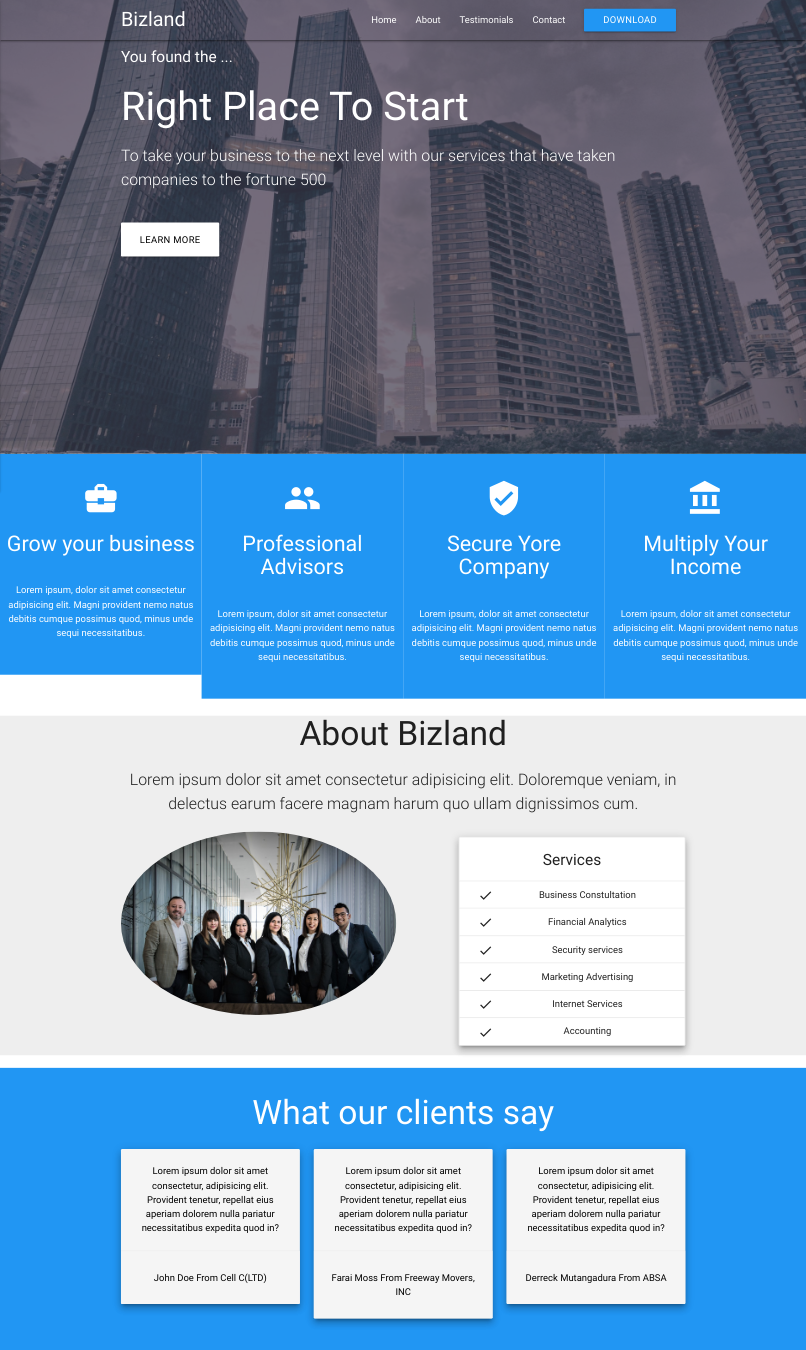
Repository: farrdy/bizland
Page: index.html
The author's editor kept a copy of each file at every save. The page is drawn from the files as they stood at one save, then again after the next save.
The browser window is 1280 px wide. The pictures show the whole page, at 63% of full size.
Some web libraries are served in a nearby version.

Above is the page before, as saved 2020-01-05 14:08:43.

### index.html
<!DOCTYPE html>
<html>
  <head>
    <!--Import Google Icon Font-->
    <link
      href="https://fonts.googleapis.com/icon?family=Material+Icons"
      rel="stylesheet"
    />
    <!--Import materialize.css-->
    <link
      type="text/css"
      rel="stylesheet"
      href="css/materialize.min.css"
      media="screen,projection"
    />
    <link type="text/css" rel="stylesheet" href="css/main.css" />
    <!--Let browser know website is optimized for mobile-->
    <meta name="viewport" content="width=device-width, initial-scale=1.0" />
    <title>Bizland Theme</title>
  </head>

  <body>
    <header class="main-header">
      <div class="primary-overlay">
        <div class="navbar-fixed">
          <nav class="transparent">
            <div class="container">
              <div class="nav-wrapper">
                <a href="#home" class="brand-logo">Bizland</a>
                <a href="#" class="button-collapse" data-activates="mobile-nav">
                  <i class="material-icons">menu</i>
                </a>
                <ul class=" right hide-on-med-and-down">
                  <li>
                    <a href="#home">Home</a>
                  </li>
                  <li>
                    <a href="#about">About</a>
                  </li>
                  <li>
                    <a href="#testimonials">Testimonials</a>
                  </li>
                  <li>
                    <a href="#contact">Contact</a>
                  </li>
                  <li>
                    <a href="#" class="btn blue">Download</a>
                  </li>
                </ul>
              </div>
            </div>
          </nav>
        </div>
        <ul class="side-nav" id="mobile-nav">
          <h4 class="blue-grey darken-3  center">
            Bizland
          </h4>
          <li>
            <a href="#" class="devider"></a>
          </li>
          <li>
            <a href="#home">Home</a>
          </li>
          <li>
            <a href="#about">About</a>
          </li>
          <li>
            <a href="#testimonials">Testimonials</a>
          </li>
          <li>
            <a href="#contact">Contact</a>
          </li>
        </ul>

        <!-- showcase -->
        <div class="showcase container">
          <div class="row">
            <div class="col s12 main-text">
              <h5>You found the ...</h5>
              <h1>Right Place To Start</h1>
              <p class="flow-text">
                To take your business to the next level with our services that
                have taken companies to the fortune 500
              </p>
              <br />
              <a href="" class="btn btn-large white black-text">Learn More</a>
              <a href="#about" class="white-text"
                ><i class="material-icons medium scroll-icon">
                  arrow_drop_down_circle
                </i></a
              >
            </div>
          </div>
        </div>
      </div>
    </header>
    <section class="section-boxes center">
      <div class="row">
        <div class="col s12 m6 l3 blue white-text box">
          <i class="material-icons medium">business_center</i>
          <h4>Grow your business</h4>
          <p>
            Lorem ipsum, dolor sit amet consectetur adipisicing elit. Magni
            provident nemo natus debitis cumque possimus quod, minus unde sequi
            necessitatibus.
          </p>
        </div>
        <div class="col s12 m6 l3 blue white-text box">
          <i class="material-icons medium">people</i>
          <h4>Professional Advisors</h4>
          <p>
            Lorem ipsum, dolor sit amet consectetur adipisicing elit. Magni
            provident nemo natus debitis cumque possimus quod, minus unde sequi
            necessitatibus.
          </p>
        </div>
        <div class="col s12 m6 l3 blue white-text box">
          <i class="material-icons medium">verified_user</i>
          <h4>Secure Yore Company</h4>
          <p>
            Lorem ipsum, dolor sit amet consectetur adipisicing elit. Magni
            provident nemo natus debitis cumque possimus quod, minus unde sequi
            necessitatibus.
          </p>
        </div>
        <div class="col s12 m6 l3 blue white-text box">
          <i class="material-icons medium">account_balance</i>
          <h4>Multiply Your Income</h4>
          <p>
            Lorem ipsum, dolor sit amet consectetur adipisicing elit. Magni
            provident nemo natus debitis cumque possimus quod, minus unde sequi
            necessitatibus.
          </p>
        </div>
      </div>
    </section>
    <!-- Section: About -->

    <section class="section-about grey lighten-3 center">
      <div class="container">
        <h2>About Bizland</h2>
        <p class="flow-text">
          Lorem ipsum dolor sit amet consectetur adipisicing elit. Doloremque
          veniam, in delectus earum facere magnam harum quo ullam dignissimos
          cum.
        </p>
        <div class="row">
          <div class="col s12 m6">
            <img src="img/people.jpg" alt="" class="responsive-img circle" />
          </div>
          <div class="col s12 m5 offset-m1">
            <ul class="collection with-header z-depth-4">
              <li class="collection-header">
                <h5>Services</h5>
              </li>
              <li class="collection-item">
                <i class="material-icons left">check</i>
                Business Constultation
              </li>
              <li class="collection-item">
                <i class="material-icons left">check</i>
                Financial Analytics
              </li>
              <li class="collection-item">
                <i class="material-icons left">check</i>
                Security services
              </li>
              <li class="collection-item">
                <i class="material-icons left">check</i>
                Marketing Advertising
              </li>
              <li class="collection-item">
                <i class="material-icons left">check</i>
                Internet Services
              </li>
              <li class="collection-item">
                <i class="material-icons left">check</i>
                Accounting
              </li>
            </ul>
          </div>
        </div>
      </div>
    </section>
    <!-- Section Testimonials -->
    <section class="section section-testimonials blue white-text center">
      <div class="container">
        <h2>What our clients say</h2>
        <div class="row">
          <div class="col s12 m4">
            <div class="card grey lighten-4 black-text z-depth-4">
              <div class="card-content">
                <p>
                  Lorem ipsum dolor sit amet consectetur, adipisicing elit.
                  Provident tenetur, repellat eius aperiam dolorem nulla
                  pariatur necessitatibus expedita quod in?
                </p>
              </div>
              <div class="card-action">
                <p>John Doe From Cell C(LTD)</p>
              </div>
            </div>
          </div>
          <div class="col s12 m4">
            <div class="card grey lighten-4 black-text z-depth-4">
              <div class="card-content">
                <p>
                  Lorem ipsum dolor sit amet consectetur, adipisicing elit.
                  Provident tenetur, repellat eius aperiam dolorem nulla
                  pariatur necessitatibus expedita quod in?
                </p>
              </div>
              <div class="card-action">
                <p>Farai Moss From Freeway Movers, INC</p>
              </div>
            </div>
          </div>
          <div class="col s12 m4">
            <div class="card grey lighten-4 black-text z-depth-4">
              <div class="card-content">
                <p>
                  Lorem ipsum dolor sit amet consectetur, adipisicing elit.
                  Provident tenetur, repellat eius aperiam dolorem nulla
                  pariatur necessitatibus expedita quod in?
                </p>
              </div>
              <div class="card-action">
                <p>Derreck Mutangadura From ABSA</p>
              </div>
            </div>
          </div>
        </div>
      </div>
    </section>

    <!--Import jQuery before materialize.js-->
    <script
      type="text/javascript"
      src="https://code.jquery.com/jquery-3.2.1.min.js"
    ></script>
    <script type="text/javascript" src="js/materialize.min.js"></script>
    <script>
      $(document).ready(function() {
        $(".button-collapse").sideNav();

        //scrollfire
        const options = [
          {
            selector: ".main-text",
            offset: 0,
            callback: function(el) {
              Materialize.fadeInImage($(el));
            }
          }
        ];

        Materialize.scrollFire(options);
      });
    </script>
  </body>
</html>

### css/main.css
.primary-overlay {
  background: rgba(63, 57, 77, 0.7);
  position: absolute;
  top: 0;
  left: 0;
  width: 100%;
  height: 100%;
  overflow: hidden;
}

.main-header {
  background: url(../img/showcase.jpg);
  background-size: cover;
  background-position: center;
  height: 100vh;
  min-height: 600px;
  color: #fff;
  position: relative;
}

.main-hedare .showcase {
  padding-top: 110px;
}

.scroll-icon {
  position: absolute;
  bottom: 5%;
  left: 47%;
  opacity: 0.5%;
}

.box {
  padding: 40px 10px !important;
}

.box h4 {
  padding-bottom: 30px;
}

.section-boxes .row {
  margin-bottom: 0 !important;
}

@media (max-width: 600px) {
  .main-header {
    height: 50vh;
  }
}

Loaded but not shown: css/materialize.min.css (library); js/materialize.min.js (library)

After the next save:
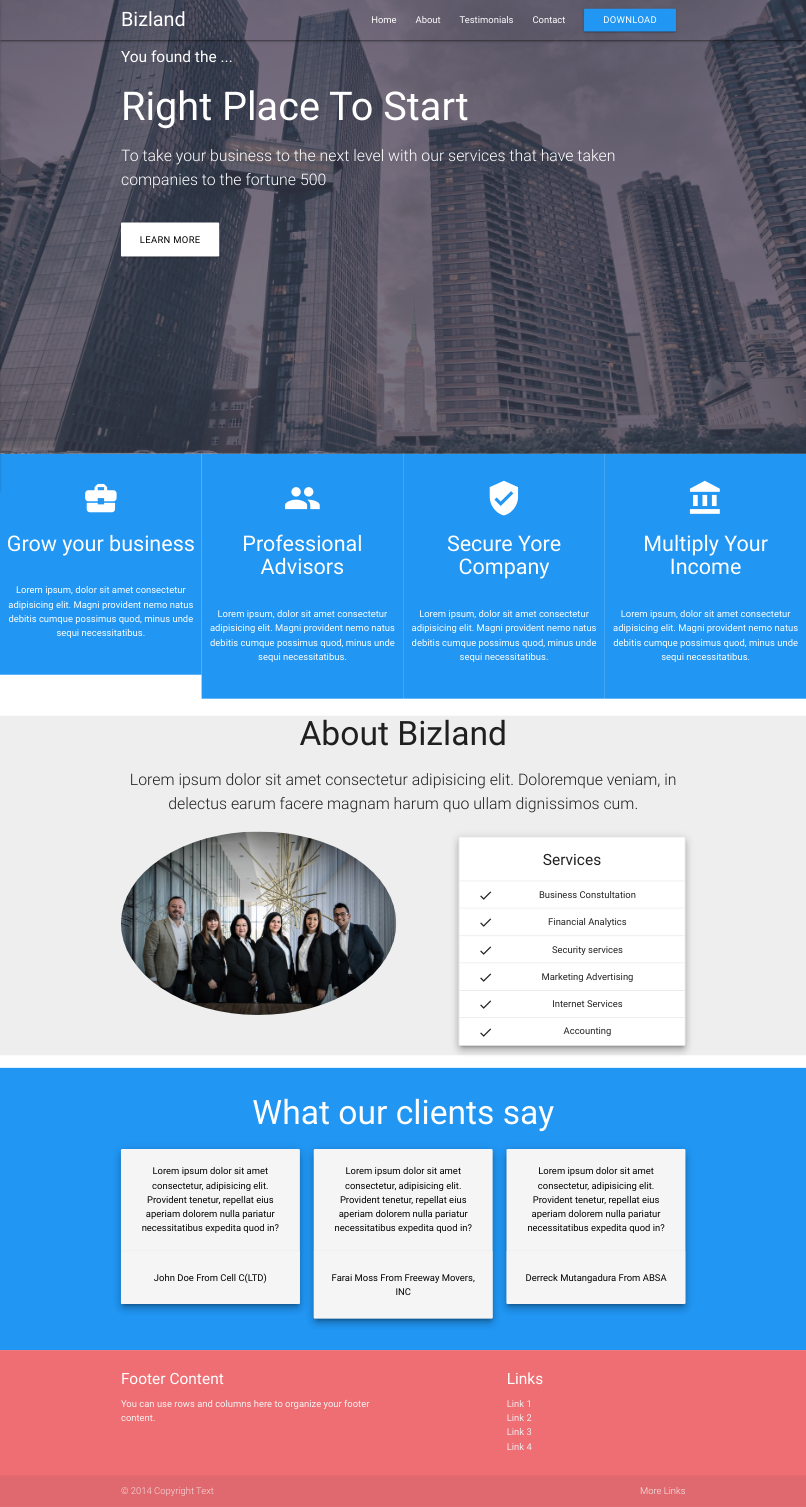
Saved 11 min 25 s later.
--- a/index.html
+++ b/index.html
@@ -232,6 +232,35 @@
         </div>
       </div>
     </section>
+    <!-- FOOTER: SECTION -->
+
+    <footer class="page-footer">
+      <div class="container">
+        <div class="row">
+          <div class="col l6 s12">
+            <h5 class="white-text">Footer Content</h5>
+            <p class="grey-text text-lighten-4">
+              You can use rows and columns here to organize your footer content.
+            </p>
+          </div>
+          <div class="col l4 offset-l2 s12">
+            <h5 class="white-text">Links</h5>
+            <ul>
+              <li><a class="grey-text text-lighten-3" href="#!">Link 1</a></li>
+              <li><a class="grey-text text-lighten-3" href="#!">Link 2</a></li>
+              <li><a class="grey-text text-lighten-3" href="#!">Link 3</a></li>
+              <li><a class="grey-text text-lighten-3" href="#!">Link 4</a></li>
+            </ul>
+          </div>
+        </div>
+      </div>
+      <div class="footer-copyright">
+        <div class="container">
+          © 2014 Copyright Text
+          <a class="grey-text text-lighten-4 right" href="#!">More Links</a>
+        </div>
+      </div>
+    </footer>
 
     <!--Import jQuery before materialize.js-->
     <script
